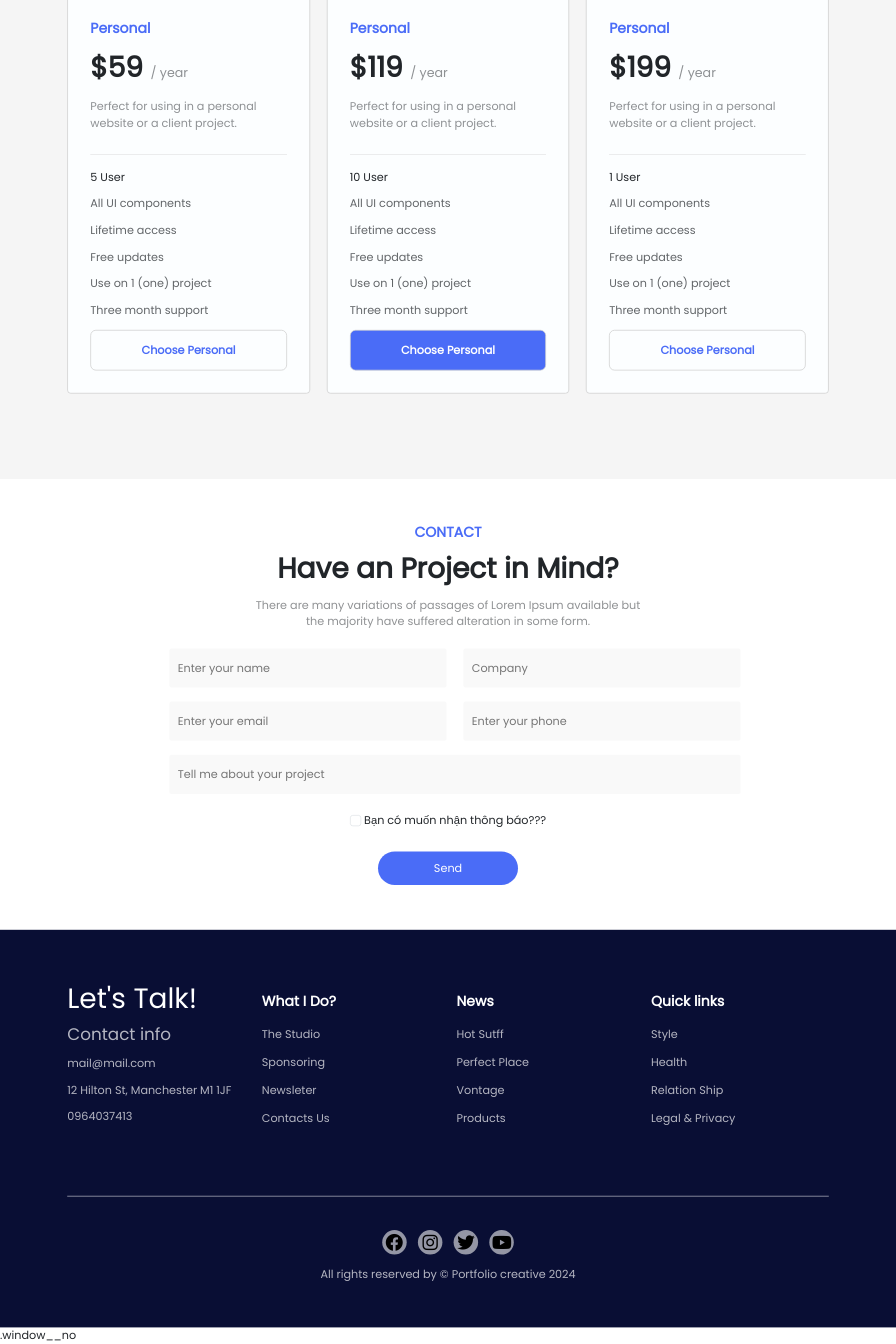
Repository: Vanthuy2002/My-Portfolio
Page: index.html
An editor plug-in stored every save of this project. The page is shown before and after the next save, followed by the edit.
The browser window is 1280 px wide. The pictures show the part of the page from y = 3756 to 5676 px (the page is 5676 px tall before and 5652 px after), at 70% of full size.

Above is the page before, as saved 2023-01-17 16:15:10.

After the next save:
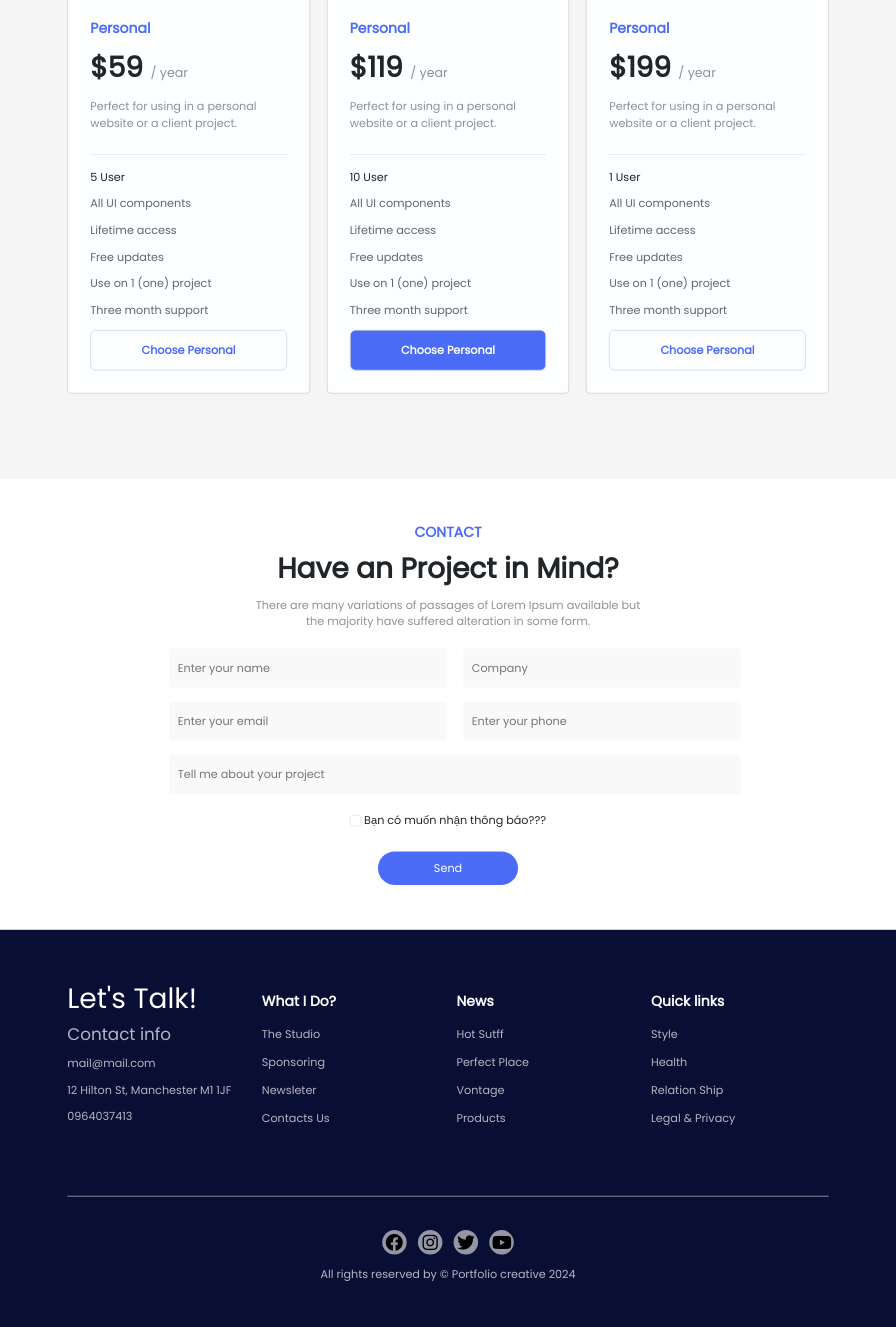
Saved 6 s later.
--- a/index.html
+++ b/index.html
@@ -543,7 +543,9 @@
         </div>
 
         <!-- cửa số thông báo -->
-        .window__no
+        <div class="window__notifi">
+
+        </div>
 
     </div>
 
